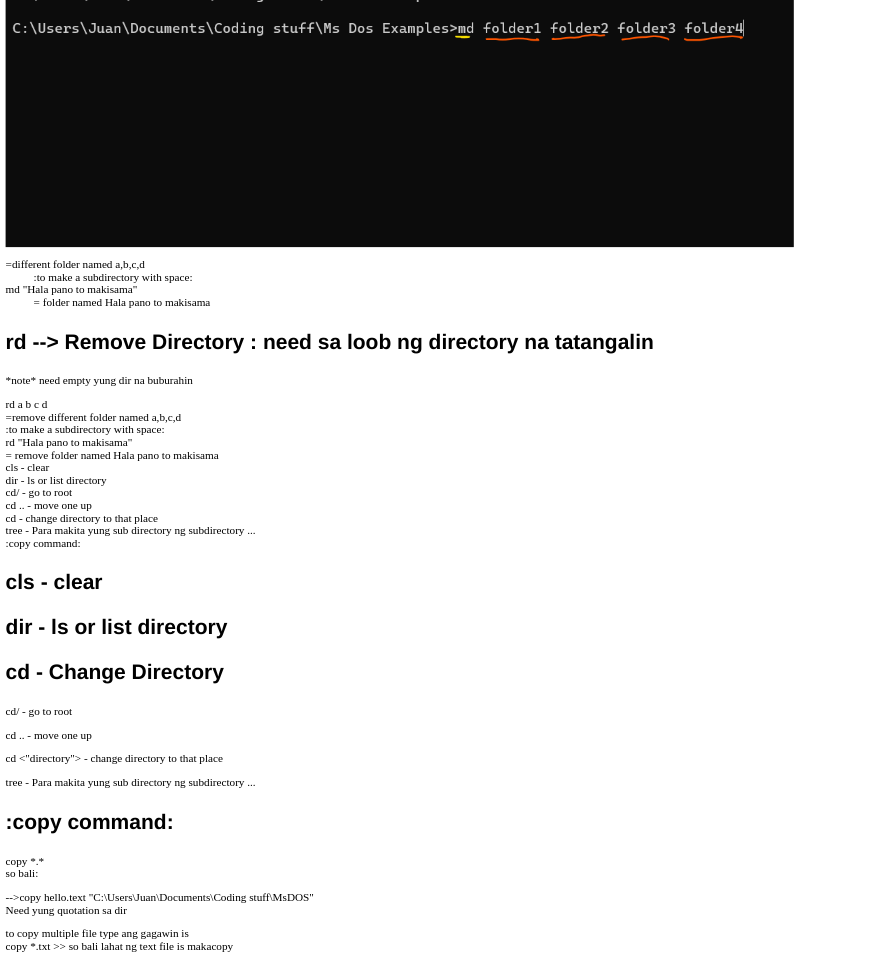
Repository: zwainer/Comprog
Page: index.html
The author's editor kept a copy of each file at every save. The page is drawn from the files as they stood at one save, then again after a run of saves.
The browser window is 1280 px wide. The pictures show the part of the page from y = 4580 to 6500 px (the page is 5957 px tall before and 6506 px after), at 70% of full size.

Above is the page before, as saved 2023-05-06 00:08:30.

After the next 4 saves:
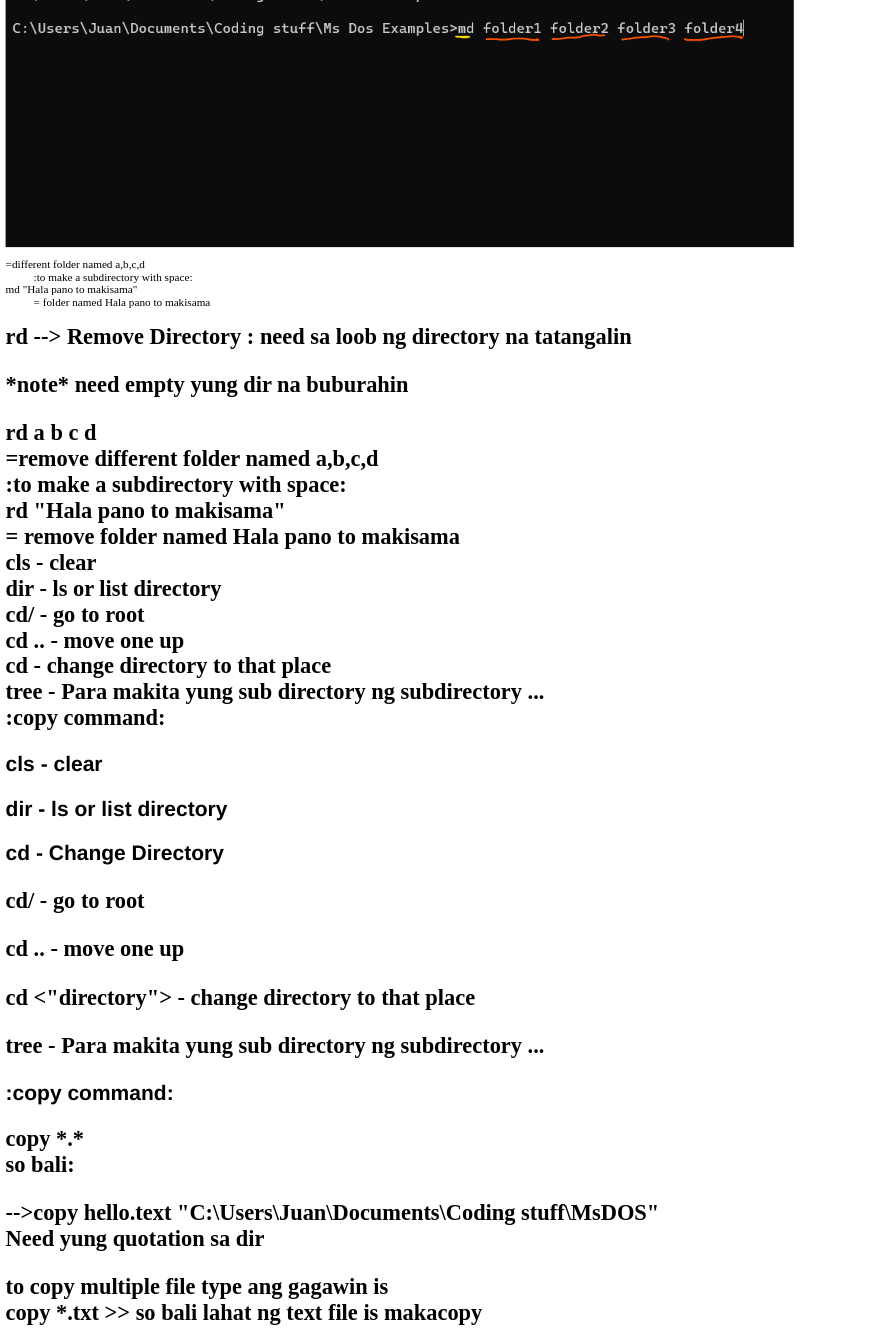
The 4 saves are shown as one change because they came seconds apart.
The last was saved 68 s later.
--- a/index.html
+++ b/index.html
@@ -113,7 +113,7 @@
 		<dd>= folder named Hala pano to makisama<br/></dd>
 </dl>
 
-<p class="StartCommand">rd --> Remove Directory : need sa loob ng directory na tatangalin<br/></p>
+<h1>rd --> Remove Directory : need sa loob ng directory na tatangalin<br/><h1>
 
 
 	<p>
